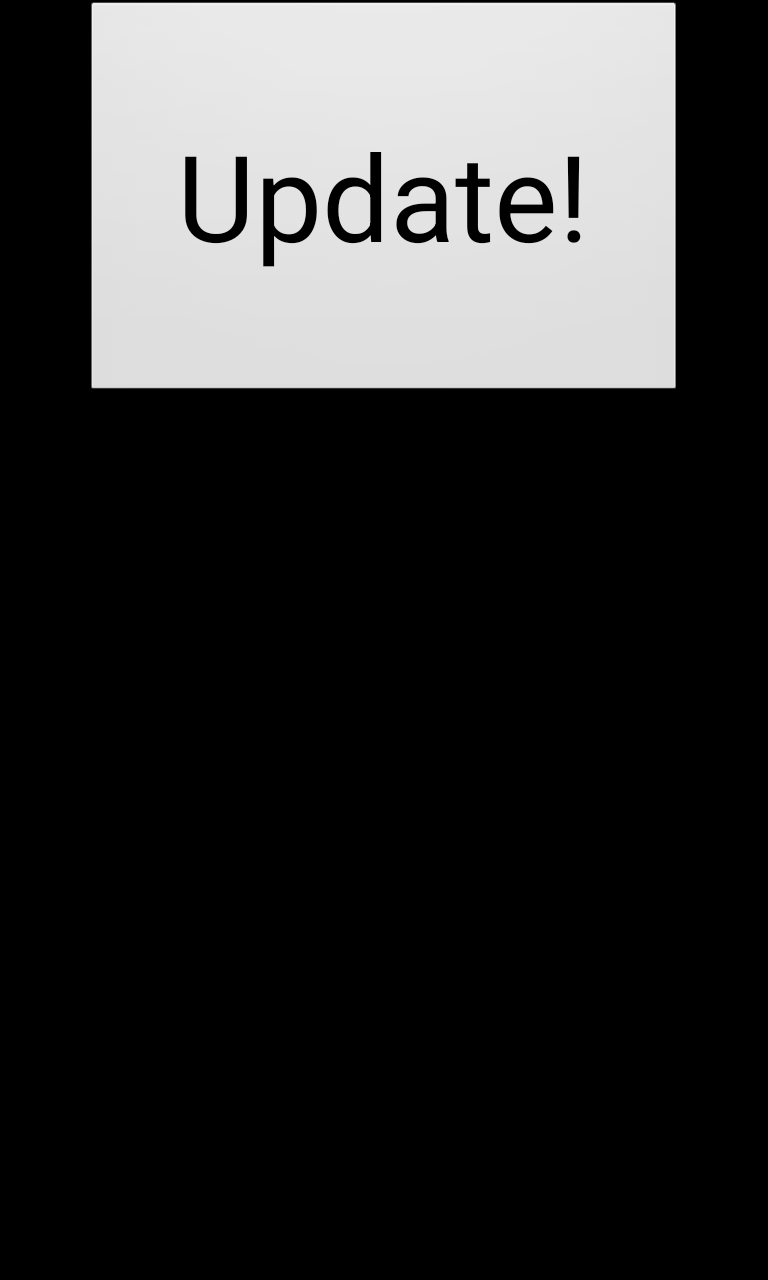
Repository: hgrateam/HangaramAPP_OLD-v2.0.6
Layout: HangaramAPP/res/layout/dbupdate.xml
The author's editor kept a copy of each file at every save. The layout is drawn from the files as they stood at one save, then again after the next save.
It is drawn on a 768 x 1280 px phone screen (xhdpi) without system bars, with theme android:Theme.Black.NoTitleBar; the app's code is not run.

Above is the layout before, as saved 2012-07-14 09:33:29.

### HangaramAPP/res/layout/dbupdate.xml
<?xml version="1.0" encoding="utf-8"?>
<LinearLayout xmlns:android="http://schemas.android.com/apk/res/android"
    android:layout_width="fill_parent"
    android:layout_height="fill_parent"
    android:orientation="vertical" >

    <Button
        android:id="@+id/button1"
        android:layout_width="300dp"
        android:layout_height="200dp"
        android:layout_gravity="center|top"
        android:gravity="center"
        android:text="Update!"
        android:textSize="60dp"/>

</LinearLayout>

After the next save:
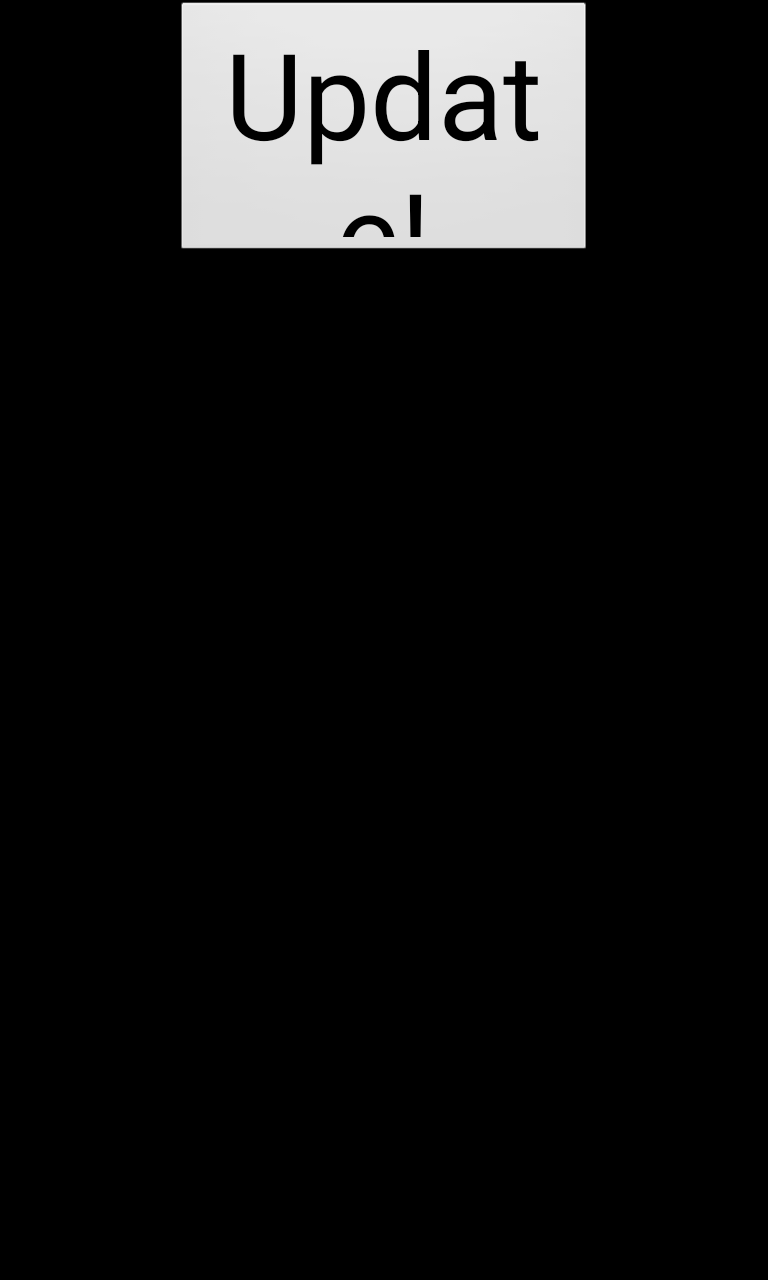
Saved 9 s later.
--- a/HangaramAPP/res/layout/dbupdate.xml
+++ b/HangaramAPP/res/layout/dbupdate.xml
@@ -6,8 +6,8 @@
 
     <Button
         android:id="@+id/button1"
-        android:layout_width="300dp"
-        android:layout_height="200dp"
+        android:layout_width="210dp"
+        android:layout_height="130dp"
         android:layout_gravity="center|top"
         android:gravity="center"
         android:text="Update!"
